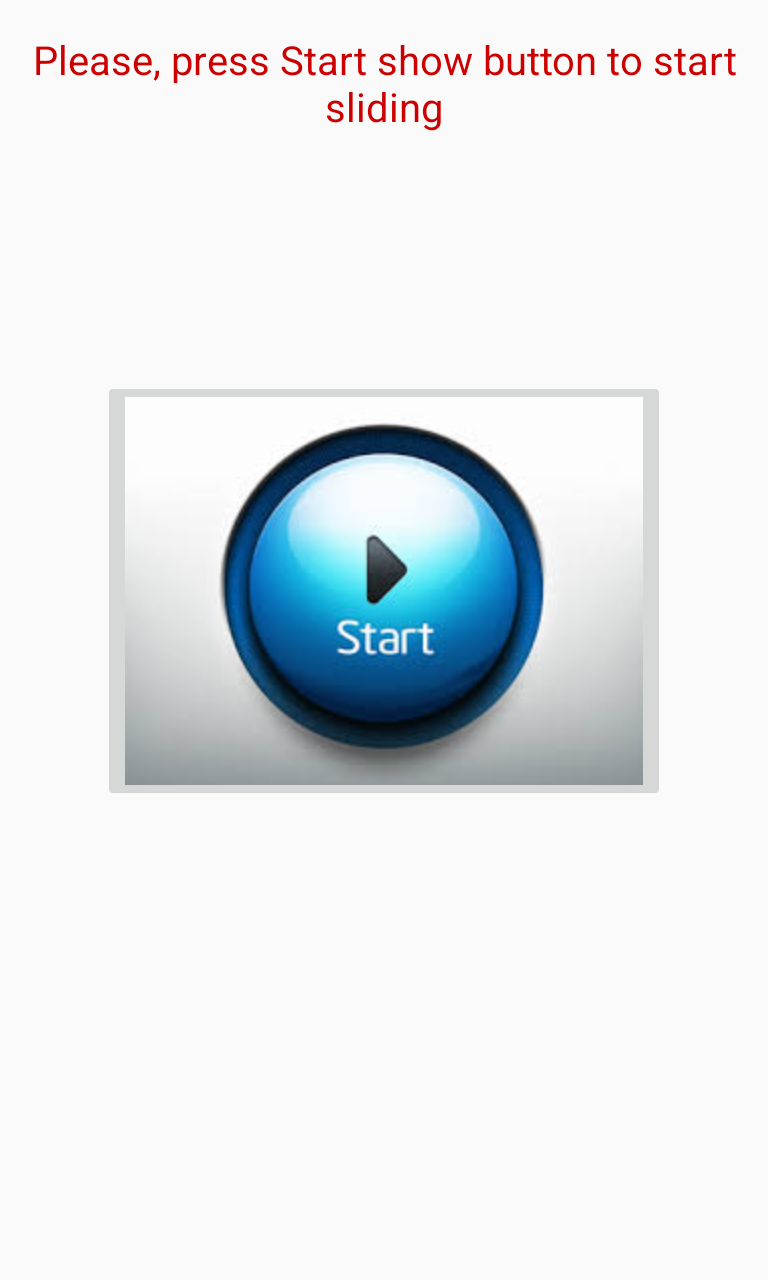
Repository: mtauzhnianskyi/SliderShow
Layout: SliderShow/res/layout/fragment_main.xml
These files come from the project's save history. The layout is drawn as it stood at one moment and after the next save; the edit follows.
It is drawn on a 768 x 1280 px phone screen (xhdpi) without system bars, with theme AppTheme; the app's code is not run.

Above is the layout before, as saved 2014-10-27 13:02:17.

After the next save:
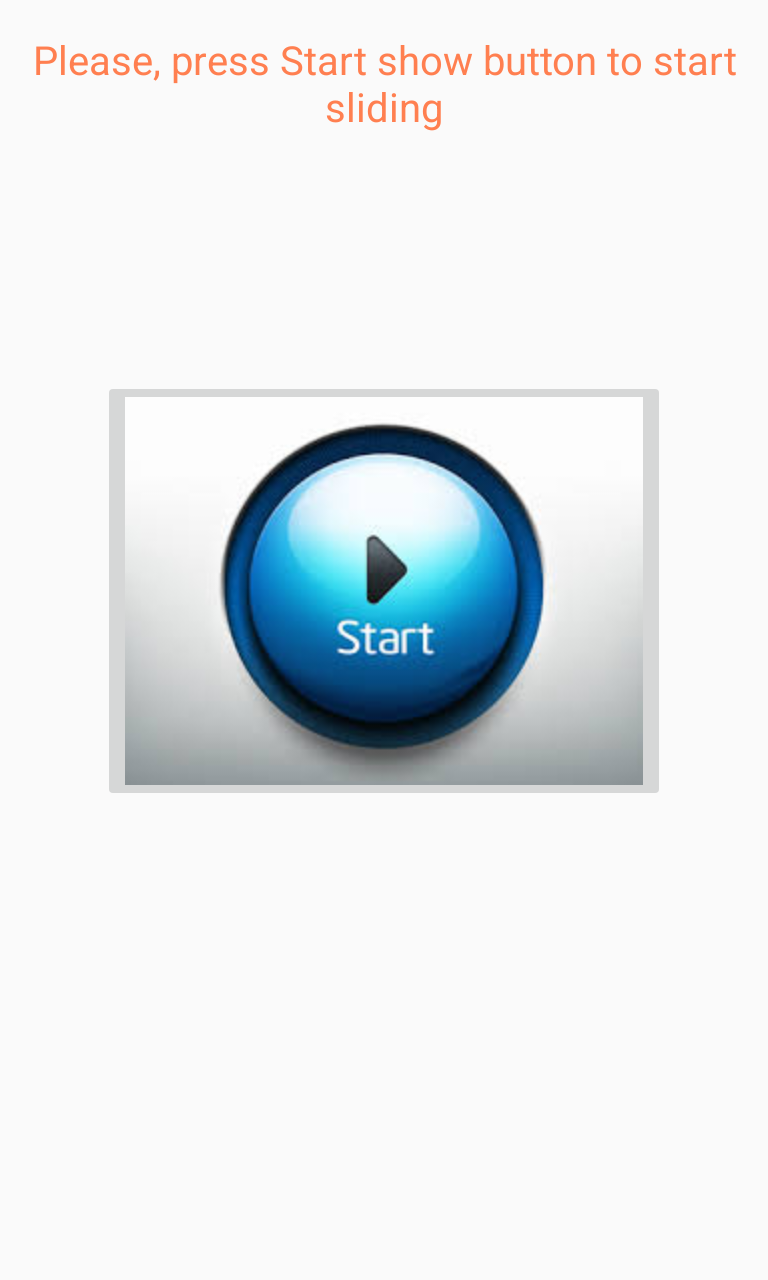
Saved 19 s later.
--- a/SliderShow/res/layout/fragment_main.xml
+++ b/SliderShow/res/layout/fragment_main.xml
@@ -14,7 +14,7 @@
         android:text="@string/start_slide_show_desc"
         android:gravity="center"
         android:textSize="20sp"
-        android:textColor="@android:color/holo_red_dark"
+        android:textColor="@color/Coral"
         android:layout_height="wrap_content" />
 
     <ImageButton
